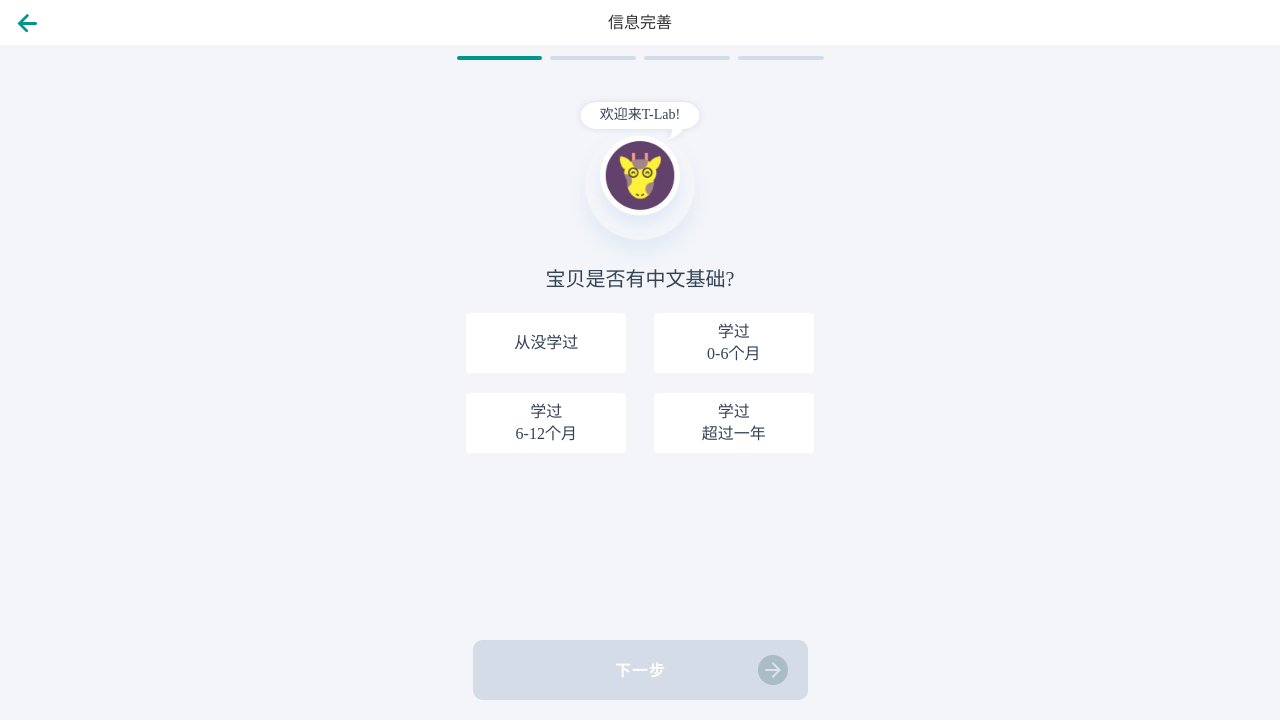
Repository: huangjf1/1
Page: /
An editor plug-in stored every save of this project. The page is shown before and after the next save, followed by the edit.
The browser window is 1280 px wide. The pictures show the whole page.
The project was rebuilt for these pictures with package versions that can differ from the ones it lists, and the page was loaded fresh each time. Also part of the build but not shown: vue.config.js.

Above is the page before, as saved 2021-08-24 12:22:14.

### src/main.js
import { createApp } from 'vue'
import { NavBar, Swipe, SwipeItem, Picker, Field, Popup } from 'vant';
import App from './App.vue'
import router from './router'
import less from 'less'
import "lib-flexible/flexible.js"
import 'vant/lib/index.css';
const app = createApp(App)
app.use(router)
app.use(less)
app.use(NavBar)
app.use(Swipe)
app.use(Picker)
app.use(Field)
app.use(SwipeItem)
app.use(Popup)
app.mount('#app')

### src/App.vue
<template>
  <div id="app">
    <router-view></router-view>
  </div>
</template>

<script>
export default {
  name: 'App',
}
</script>
<style>
*{
  margin: 0;
  padding: 0;
  font-family: Montserrat,PingFang,Microsoft YaHei;
}
#app {
  width: 100%;
  height: 100%;
  position: absolute;
  left: 0;
  right: 0;
  top: 0;
  bottom: 0;
}
</style>

### src/router/index.js
import { createRouter, createWebHashHistory } from 'vue-router'
const router = createRouter({
  history: createWebHashHistory(),
  routes: [
    {
      path: '/',
      name: '/',
      redirect: '/index'
    },
    {
    path: '/index',
    name: 'index',
    component: () => import('@/views/index.vue'),
    meta: {
      index: 1
    }
  },]
})
export default router

### src/views/index.vue

<template>
  <div class="content">
    <van-nav-bar title="信息完善" left-arrow @click-left="onClickLeft">
      <template #left>
        <img class="backIcon" src="@/assets/image/back.png" alt="">
      </template>
    </van-nav-bar>
    <div class="tabs">
      <div :class="initIndex>=0?'currentTab':''"></div>
      <div :class="initIndex>=1?'currentTab':''"></div>
      <div :class="initIndex>=2?'currentTab':''"></div>
      <div :class="initIndex>=3?'currentTab':''"></div>
      <!-- <div :class="initIndex==4?'currentTab':''"></div> -->
    </div>
    <div class="my-swipe">
      <van-swipe ref="swipe"  indicator-color="transparent" :touchable="false">
        <!-- 是否有中文基础 -->
        <van-swipe-item class="pageFour">
          <div class="select-chines">
            <div class="message-info">欢迎来T-Lab!</div>
            <img class="avatar" src="@/assets/image/avatar.png">
            <p>宝贝是否有中文基础?</p>
            <div class="select-list-box">
              <div @click="selectChines!=0?selectChines=0:selectChines=null" class="select-list" :class="selectChines==0?'current-select-list':''">
                从没学过
              </div>
              <div @click="selectChines!=1?selectChines=1:selectChines=null" class="select-list" :class="selectChines==1?'current-select-list':''">
                <p>学过</p>
                <p>0-6个月</p>
              </div>
              <div @click="selectChines!=2?selectChines=2:selectChines=null" class="select-list" :class="selectChines==2?'current-select-list':''">
                <p>学过</p>
                <p>6-12个月</p>
              </div>
              <div @click="selectChines!=3?selectChines=3:selectChines=null" class="select-list" :class="selectChines==3?'current-select-list':''">
                <p>学过</p>
                <p>超过一年</p>
              </div>
            </div>
          </div>
          <div class="btn" @click="next(1)" v-show="selectChines!=null"></div>
          <div class="btn-gray" v-show="selectChines==null"></div>
        </van-swipe-item>
        <!-- 学习中文的侧重点 -->
        <van-swipe-item class="pageFour">
          <div class="select-chines">
            <img class="avatar" src="@/assets/image/avatar.png">
            <p>宝贝学习中文的侧重点? (可多选)</p>
            <div class="select-list-box">
              <div class="select-list" @click="selectList(item, index)" :class="item.check==true?'current-select-list':''" v-for="(item, index) in list" :key="index">
                {{item.text}}
              </div>
            </div>
          </div>
          <div class="btn" @click="next(2)" v-show="list.some(item => item.check === true)"></div>
          <div class="btn-gray" v-show="!list.some(item => item.check === true)"></div>
        </van-swipe-item>
        <!-- 选择出生年月 -->
        <van-swipe-item class="pageThree">
          <div class="select-age">
            <img class="avatar" src="@/assets/image/avatar.png">
            <p>宝贝哪年出生?</p>
            <van-field
              v-model="result"
              is-link
              readonly
              placeholder="请选择"
              @click="showPicker = true"
              arrow-direction='down'
              input-align='center'
              :border='false'
            />
            <div class="age-desc">我们会根据孩子不同的年龄推荐相应的体验课程</div>

          </div>
          <div class="btn" @click="next(3)" v-show="result"></div>
          <div class="btn-gray" v-show="!result"></div>
        </van-swipe-item>
        <!-- 输入昵称 -->
        <van-swipe-item class="pageOne">
          <div class="pageOneDesc">
            <img class="avatar" src="@/assets/image/avatar.png">
            <div class="nameDesc">点击输入宝贝昵称</div>
            <input @input="changeText" v-model="name" type="text" placeholder="请输入">
            <div class="message" :class="firstShow?'messageColor':''">最多14个英文字符或7个汉字</div>
          </div>
          <div class="btn btn-success" v-show="!firstShow"></div>
          <div class="btn-gray" v-show="firstShow"></div>
        </van-swipe-item>
        <!-- 选择性别 -->
        <!-- <van-swipe-item class="pageTwo">
          <div class="selectSex">
            <div class="man" @click="selectSex!=1?selectSex=1:selectSex=''">
              <img class="manImg" src="@/assets/image/man.png">
              <img class="checkImg" v-show="selectSex==1" src="@/assets/image/checked.png">
            </div>
            <div class="andText">或</div>
            <div class="woman" @click="selectSex!=2?selectSex=2:selectSex=''">
              <img class="womanImg" src="@/assets/image/woman.png">
              <img class="checkImg" v-show="selectSex==2" src="@/assets/image/checked.png">
            </div>
          </div>
          <div class="btn" @click="next(2)" v-show="selectSex!=''"></div>
          <div class="btn-gray" v-show="selectSex==''"></div>
        </van-swipe-item> -->
      </van-swipe>
    </div>
    <van-popup v-model:show="showPicker" round position="bottom">
      <van-picker
        show-toolbar
        :columns="columns"
        @cancel="showPicker = false"
        @confirm="onConfirm"
        confirm-button-text="确定"
        confirm-color='red'
      />
    </van-popup>
  </div>
</template>
<script>
import { ref, onMounted } from 'vue'
export default {
  components: {

  },
  setup () {
    let initIndex = ref(0)
    let name = ref('')
    let selectChines = ref(null)
    let swipe = ref('')
    let firstShow = ref(true)
    let selectSex = ref('')
    let date = new Date()
    let year = date.getFullYear()
    console.log(year)
    const columns = []
    for (var i = 2000;i<=year;i++){
      columns.unshift({
        text: i
      })
    }
    // 侧重点列表
    const list = ref([
      { text: '拼音', check: false },
      { text: '听力', check: false },
      { text: '阅读', check: false },
      { text: '口语', check: false}
    ])
    const result = ref('');
    const showPicker = ref(false);
    const onConfirm = (value) => {
      result.value = value.text;
      showPicker.value = false;
    };
    // 返回
    const onClickLeft = () => {
      if (initIndex.value>0){
        swipe.value.prev()
        initIndex.value -= 1
      }
    }
    const selectList = (item) => {
      item.check = !item.check
    }
    const changeText = () => {
      /*eslint-disable*/
      let len = name.value.replace(/[^\x00-\xFF]/g,'**').length
      if (len<=14 && len>0) {
        firstShow.value = false
      } else {
        firstShow.value = true
      }
    }
    const next = (index) => {
      if (initIndex.value<4){
        swipe.value.next()
        initIndex.value = index
      }
    }
    onMounted (()=>{

    })
    return {
      initIndex,
      swipe,
      firstShow,
      columns,
      result,
      showPicker,
      list,
      selectChines,
      name,
      changeText,
      selectSex,
      onClickLeft,
      onConfirm,
      selectList,
      next
    }
  }
}
</script>
<style scoped lang="less">
 .content {
   width: 100%;
   height: 100%;
   margin: 0 auto;
   display: flex;
   flex-direction: column;
   background: #f3f5f9;
   .backIcon {
     width: 24px;
     height: 24px;
   }
   .my-swipe {
      flex: 1;
      .van-swipe {
       height: 100%;
      }
      .van-swipe-item {
       color: #fff;
       font-size: 20px;
       text-align: center;
      }
      /deep/.van-swipe__indicators {
        display: none;
      }
      .pageOne {
        position: relative;
        display: flex;
        flex-direction: column;
        .pageOneDesc{
          flex: 1;
        }

        .nameDesc {
          text-align: center;
          color: #344356;
          font-size: 16px;
          font-weight: 600;
          font-family: PingFang HK;
          margin-top: 25px;
        }
        input {
          width: 335px;
          height: 16px;
          line-height: 16px;
          background: #FFFFFF;
          padding: 17px 0;
          border-radius: 10px;
          border: none;
          outline: none;
          font-size: 16px;
          text-align: center;
          margin-top: 19px;
          color: #344356;
        }
        .message {
          color: #344356;
          font-size: 14px;
          margin-top: 10px;
          &.messageColor {
            color: #FF7044;
          }
        }

      }
      .pageTwo {
        position: relative;
        display: flex;
        flex-direction: column;
        .selectSex {
          width: 140px;
          height: 340px;
          margin: 100px auto 0;
          flex: 1;
          .man,.woman {
            width: 140px;
            height: 140px;
            background: #FFFFFF;
            position: relative;
            cursor: pointer;
            .manImg{
              width: 56px;
              height: 59px;
              position: absolute;
              left: 0;
              top: 0;
              bottom: 0;
              right: 0;
              margin: auto;
            }
            .womanImg {
              width: 62px;
              height: 58px;
              position: absolute;
              left: 0;
              top: 0;
              bottom: 0;
              right: 0;
              margin: auto;
            }
            .checkImg {
              width: 22px;
              height: 22px;
              position: absolute;
              right: 5px;
              top: 5px;
            }
          }
          .andText {
            height: 60px;
            line-height: 60px;
            color: #344356;
            text-align: center;
            font-size: 16px;
          }
        }
      }
      .pageThree {
        display: flex;
        flex-direction: column;
        .select-age {
          width: 335px;
          flex: 1;
          margin: 0 auto;
          >p{
            color: #344356;
            font-size: 20px;
            margin-top: 20px;
            font-family: PingFang HK;
            font-style: normal;
            font-weight: 500;
            margin-bottom: 25px;
          }
          .age-desc {
            color: #5a6776;
            font-family: PingFang HK;
            font-style: normal;
            font-weight: normal;
            font-size: 14px;
            line-height: 20px;
            margin-top: 20px;
          }
          .van-field {
            border-radius: 5px;
          }
          /deep/ .van-popup--bottom {
            width: 375px;
            left: 0;
            right: 0;
            margin: auto;
            bottom: 0;
          }
          /deep/ .van-picker__toolbar {
            color: gray;
          }
          /deep/ .van-picker__confirm {
            color: #344356
          }
        }
      }
      .pageFour {
        width: 375px;
        margin: 0 auto;
        display: flex;
        flex-direction: column;
        .select-chines {
          flex: 1;
          width: 375px;
          margin: 0 auto;
          position: relative;
          .message-info {
            width: 136px;
            height: 52px;
            position: absolute;
            background: url('~@/assets/image/Union.png') no-repeat;
            background-size: 100% 100%;
            left: 0;
            right: 0;
            margin: auto;
            top: 35px;
            font-family: PingFang HK;
            font-style: normal;
            font-weight: 500;
            font-size: 14px;
            line-height: 40px;
            color: #344356;
          }
          >p {
            font-family: PingFang HK;
            font-style: normal;
            font-weight: 500;
            font-size: 20px;
            line-height: 28px;
            color: #344356;
            margin-top: 20px;
          }
          .select-list-box {
            display: flex;
            flex-wrap: wrap;
            justify-content: space-around;
          }
          .select-list {
            width: 160px;
            height: 60px;
            display: flex;
            flex-direction: column;
            align-items: center;
            background: white;
            font-family: PingFang HK;
            font-style: normal;
            font-weight: 500;
            font-size: 16px;
            line-height: 22px;
            display: flex;
            justify-content: center;
            text-align: center;
            color: #344356;
            border-radius: 4px;
            margin-top: 20px;
            &.current-select-list {
              background: #088384;
              color: white;
            }
          }
        }
      }
      .avatar {
        width: 110px;
        height: 110px;
        border-radius: 50%;
        box-shadow: 0px 12px 19px rgba(60, 128, 209, 0.0851449);
        margin-top: 70px;
      }
      .btn {
        width: 335px;
        height: 60px;
        background: url('../assets/image/button.png') no-repeat;
        background-size: 100% 100%;
        cursor: pointer;
        margin: 0 auto 20px;
      }
      .btn-success {
        background: url('../assets/image/success.png') no-repeat;
        background-size: 100% 100%;
      }
      .btn-gray {
        width: 335px;
        height: 60px;
        background: url('../assets/image/button_gray.png') no-repeat;
        background-size: 100% 100%;
        cursor: pointer;
        margin: 0 auto 20px;
      }
   }
   .tabs {
     width: 375px;
     height: 4px;
     display: flex;
     justify-content: space-around;
     margin: 10px auto 0;
     div{
       height: 4px;
       flex: 1;
       background: #D4DCE7;
       border-radius: 26px;
       margin: 0 4px;
     }
     .currentTab {
       background: #00968E;
     }
   }
 }

</style>

Loaded but not shown: public/index.html (common file)

After the next save:
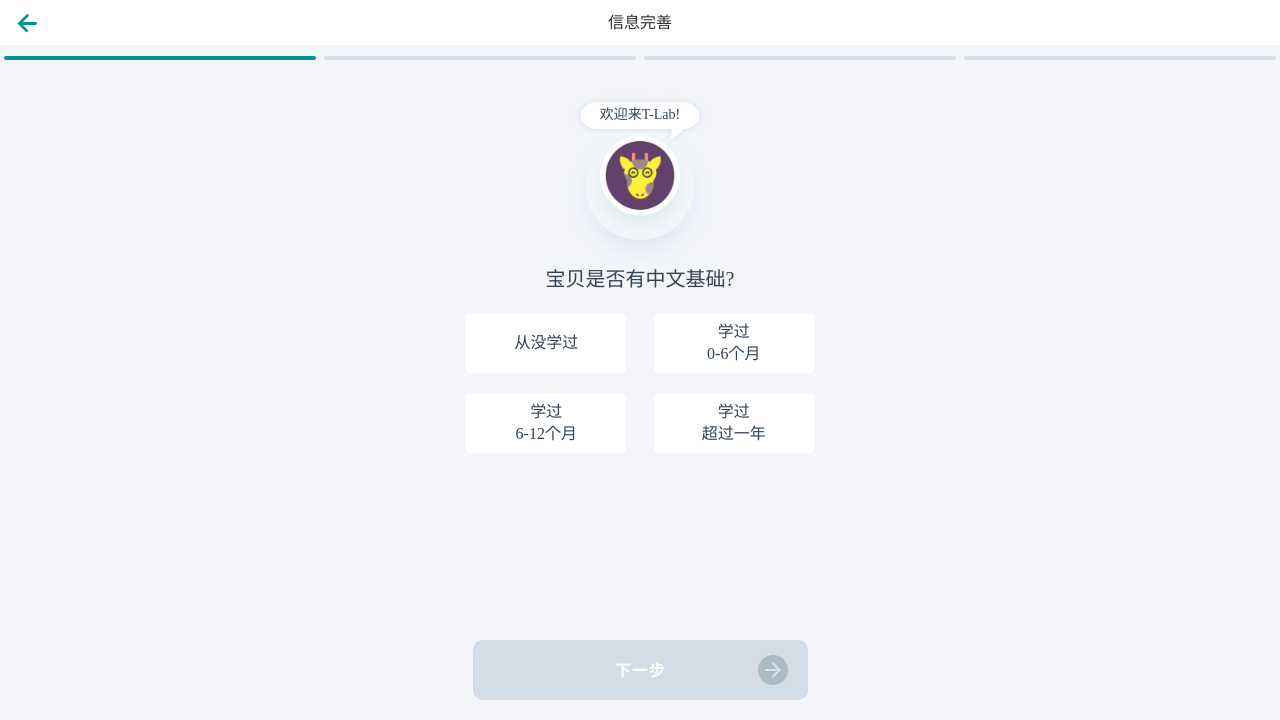
Saved 16 s later.
--- a/src/views/index.vue
+++ b/src/views/index.vue
@@ -456,7 +456,7 @@ export default {
       }
    }
    .tabs {
-     width: 375px;
+     width: 100%;
      height: 4px;
      display: flex;
      justify-content: space-around;
